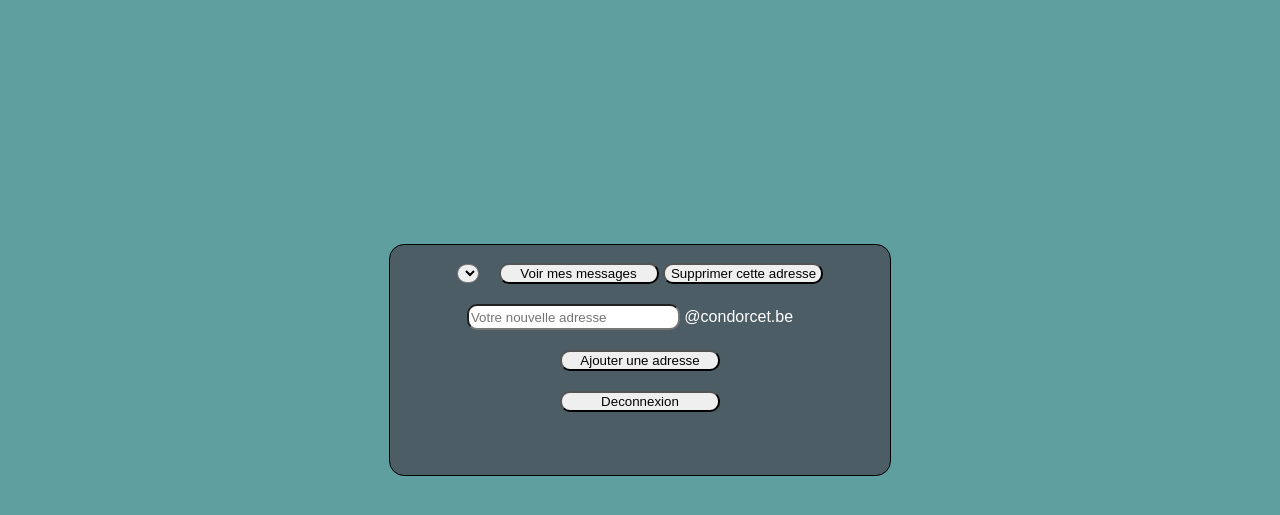
Repository: N1portekoi/JEE
Page: http://localhost/WebMail/JSP/Adresses.jsp
An editor plug-in stored every save of this project. The page is shown before and after the next save, followed by the edit.
The browser window is 1280 px wide. The pictures show the whole page.
The page is served by Tomcat 9. Other server files are loaded and not shown.

Above is the page before, as saved 2017-01-12 16:53:13.

### WebMail/WebContent/JSP/Adresses.jsp
<%@ taglib uri="http://java.sun.com/jsp/jstl/core" prefix="c" %>
<!DOCTYPE html>
<html>
<head>
<meta charset="utf-8">
<title>Web Mail - Adresses</title>
<link type="text/css" rel="stylesheet" href="CSS/Adresses.css" />
</head>
<body>
	<div id="main">
		<p>${sessionScope.utilisateur.prenom} ${sessionScope.utilisateur.nom}</p>
		<form method="POST" action="Adresses">
			<select name="selectAdresse">
				<c:forEach items="${sessionScope.utilisateur.adresses}" var="adresse">
					<option value="${adresse}">${adresse}</option>
				</c:forEach>
			</select>
			<input name="btnVoirMessages"   type="submit"   value="Voir mes messages" />
			<input name="btnSupprimerEmail" type="submit"   value="Supprimer cette adresse"/>
			<input name="nouvelleAdresse"   type="text"     placeholder="Votre nouvelle adresse"   maxlength="15">
			<p>@condorcet.be</p>
			<input name="btnAjouterAdresse" type="submit"   value="Ajouter une adresse" />
		</form>
		<form method="GET" action="Connexion">
			<input type="submit"   value="Deconnexion" />
		</form>
	</div>
	<div  id="message">
		${message}
	</div>
</body>
</html>

### WebMail/WebContent/CSS/Adresses.css
body
{
  background-color : #5F9F9F;
  font-family: Arial;
}

#main
{
	border : black 1px solid;
	background-color : #4c5d65;
	height : 230px;
	width : 500px;
	margin-left: auto;
	margin-right: auto;
	margin-top: 50vh;
  	transform: translateY(-50%);
  	border-radius : 15px;
}

#message
{
	display: inline-block;
	background-color : #000000;
	color : #ffffff;
	text-align : center;
	position : absolute;
	top : 50px;
	left : 50px;
}

p
{
  display : inline;
	text-align : center;
	margin-top : 10px;
	margin-bottom : 10px;
  margin-right : 20px;
	color : #ffffff;
}

form
{
	text-align : center;
}

select
{
  border-radius : 10px;
  margin-right : 15px;
}

input
{
  border-radius : 10px;
	margin-bottom : 20px;
}

input[type="text"], input[type="password"]
{
	border-radius : 10px;
	width : 205px;
	height : 20px;
}

input[type="submit"]
{
	width : 160px;
}

After the next save:
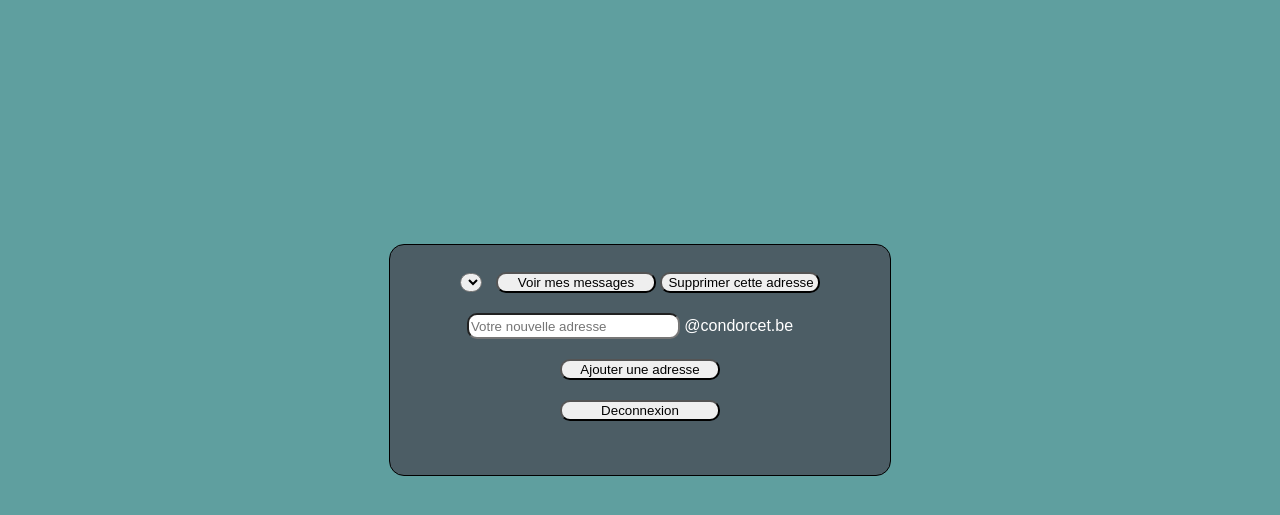
Saved 11 min 32 s later.
--- a/WebMail/WebContent/CSS/Adresses.css
+++ b/WebMail/WebContent/CSS/Adresses.css
@@ -38,6 +38,13 @@ p
 	color : #ffffff;
 }
 
+.utilisateur
+{
+  font-size 20;
+  font-family : impact;
+  margin-left : 10px;
+}
+
 form
 {
 	text-align : center;
@@ -46,7 +53,8 @@ form
 select
 {
   border-radius : 10px;
-  margin-right : 15px;
+  margin-right : 10px;
+  margin-top : 10px;
 }
 
 input
